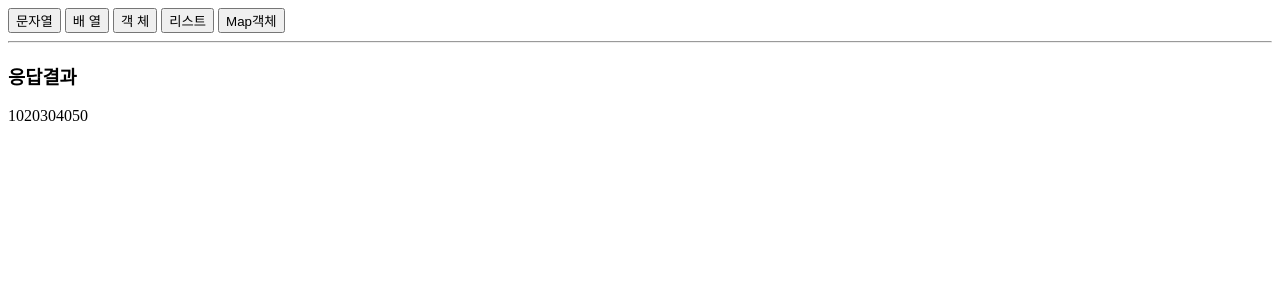
Repository: p2terkim/servletWork
Page: http://localhost/servletTest/basic/json/jsonTest.jsp
An editor plug-in stored every save of this project. The page is shown before and after a run of saves, followed by the edit.
The browser window is 1280 px wide. The pictures show the whole page.
After loading, the first visible `#strBtn` was clicked once.
The page is served by Tomcat 9.

Above is the page before, as saved 2021-05-20 06:14:51.

After the next 2 saves:
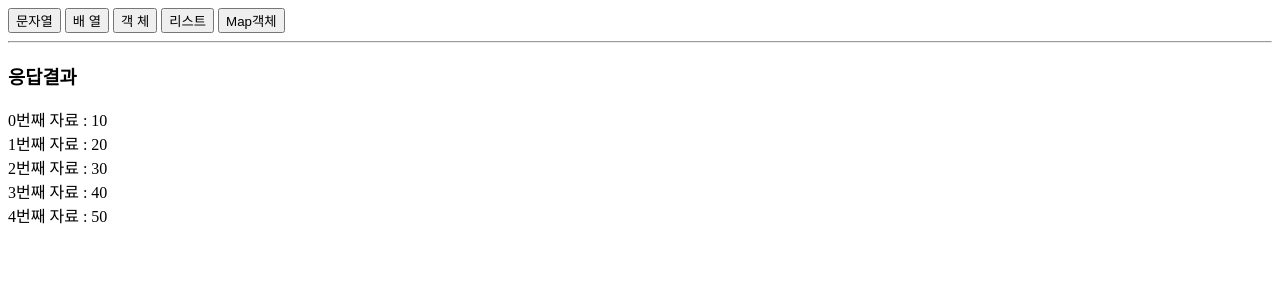
The 2 saves are shown as one change because they came seconds apart.
The last was saved 2 min 21 s later.
--- a/servletTest/WebContent/basic/json/jsonTest.jsp
+++ b/servletTest/WebContent/basic/json/jsonTest.jsp
@@ -29,7 +29,13 @@ $(function(){
 			type : "post",
 			data : "choice=array",
 			success : function(data){
-				$('#result').html(data);
+
+				var str = "";
+
+				$.each(data, function(i, v){
+					str += i + "번째 자료 : " + v + "<br>"
+				});
+				$('#result').html(str);
 			},
 			dataType : "json"
 		});
